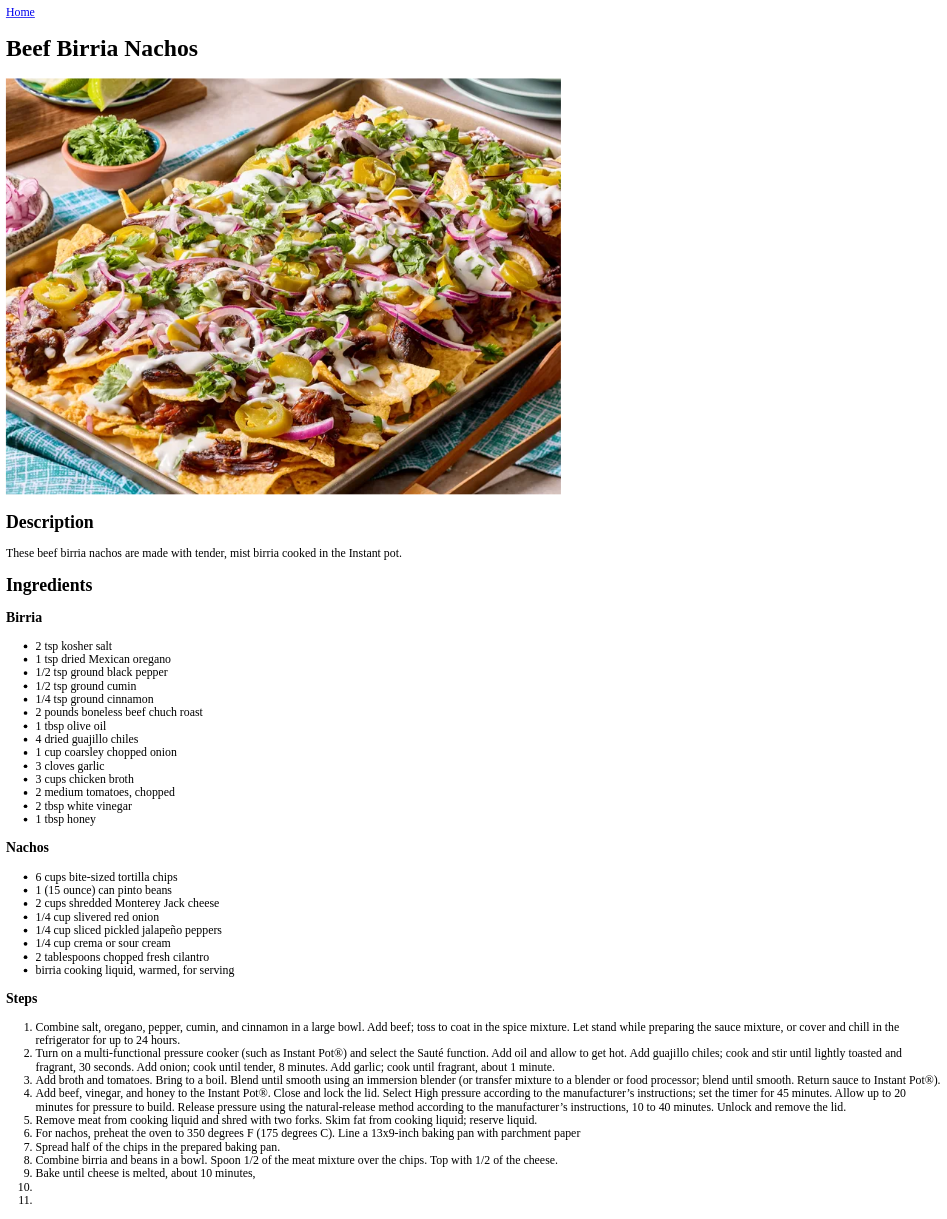
Repository: itsDevAK/odin-recipes
Page: recipes/nachos.html
An editor plug-in stored every save of this project. The page is shown before and after the next save, followed by the edit.
The browser window is 1280 px wide. The pictures show the whole page, at 74% of full size.

Above is the page before, as saved 2026-09-17 12:47:19.

### recipes/nachos.html
<!DOCTYPE html>
<html lang="en">
<head>
    <meta charset="UTF-8">
    <meta name="viewport" content="width=device-width, initial-scale=1.0">
    <title>Beef Birria Nachos</title>
</head>
<body>
    <a href="../index.html">Home</a>
    <h1>Beef Birria Nachos</h1>
    <img src="../images/nachos.webp" alt="">
    <h2>Description</h2>
    <p>These beef birria nachos are made with tender, mist birria cooked in the Instant pot.</p>
    <h2>Ingredients</h2>
    <h3>Birria</h3>
    <ul>
        <li>2 tsp kosher salt</li>
        <li>1 tsp dried Mexican oregano</li>
        <li>1/2 tsp ground black pepper</li>
        <li>1/2 tsp ground cumin</li>
        <li>1/4 tsp ground cinnamon</li>
        <li>2 pounds boneless beef chuch roast</li>
        <li>1 tbsp olive oil</li>
        <li>4 dried guajillo chiles</li>
        <li>1 cup coarsley chopped onion</li>
        <li>3 cloves garlic</li>
        <li>3 cups chicken broth</li>
        <li>2 medium tomatoes, chopped</li>
        <li>2 tbsp white vinegar</li>
        <li>1 tbsp honey</li>
    </ul>
    <h3>Nachos</h3>
    <ul>
        <li>6 cups bite-sized tortilla chips</li>
        <li>1 (15 ounce) can pinto beans</li>
        <li>2 cups shredded Monterey Jack cheese</li>
        <li>1/4 cup slivered red onion</li>
        <li>1/4 cup sliced pickled jalapeño peppers</li>
        <li>1/4 cup crema or sour cream</li>
        <li>2 tablespoons chopped fresh cilantro</li>
        <li>birria cooking liquid, warmed, for serving</li>
    </ul>
    <h3>Steps</h3>
    <ol>
        <li>Combine salt, oregano, pepper, cumin, and cinnamon in a large bowl. Add beef; toss to coat in the spice mixture. Let stand while preparing the sauce mixture, or cover and chill in the refrigerator for up to 24 hours.</li>
        <li>Turn on a multi-functional pressure cooker (such as Instant Pot®) and select the Sauté function. Add oil and allow to get hot. Add guajillo chiles; cook and stir until lightly toasted and fragrant, 30 seconds. Add onion; cook until tender, 8 minutes. Add garlic; cook until fragrant, about 1 minute.</li>
        <li>Add broth and tomatoes. Bring to a boil. Blend until smooth using an immersion blender (or transfer mixture to a blender or food processor; blend until smooth. Return sauce to Instant Pot®). </li>
        <li>Add beef, vinegar, and honey to the Instant Pot®. Close and lock the lid. Select High pressure according to the manufacturer’s instructions; set the timer for 45 minutes. Allow up to 20 minutes for pressure to build. Release pressure using the natural-release method according to the manufacturer’s instructions, 10 to 40 minutes. Unlock and remove the lid.</li>
        <li>Remove meat from cooking liquid and shred with two forks. Skim fat from cooking liquid; reserve liquid.</li>
        <li>For nachos, preheat the oven to 350 degrees F (175 degrees C). Line a 13x9-inch baking pan with parchment paper</li>
        <li>Spread half of the chips in the prepared baking pan.</li>
        <li>Combine birria and beans in a bowl. Spoon 1/2 of the meat mixture over the chips. Top with 1/2 of the cheese. </li>
        <li>Bake until cheese is melted, about 10 minutes,</li>
        <li></li>
        <li></li>
    </ol>
</body>
</html>

After the next save:
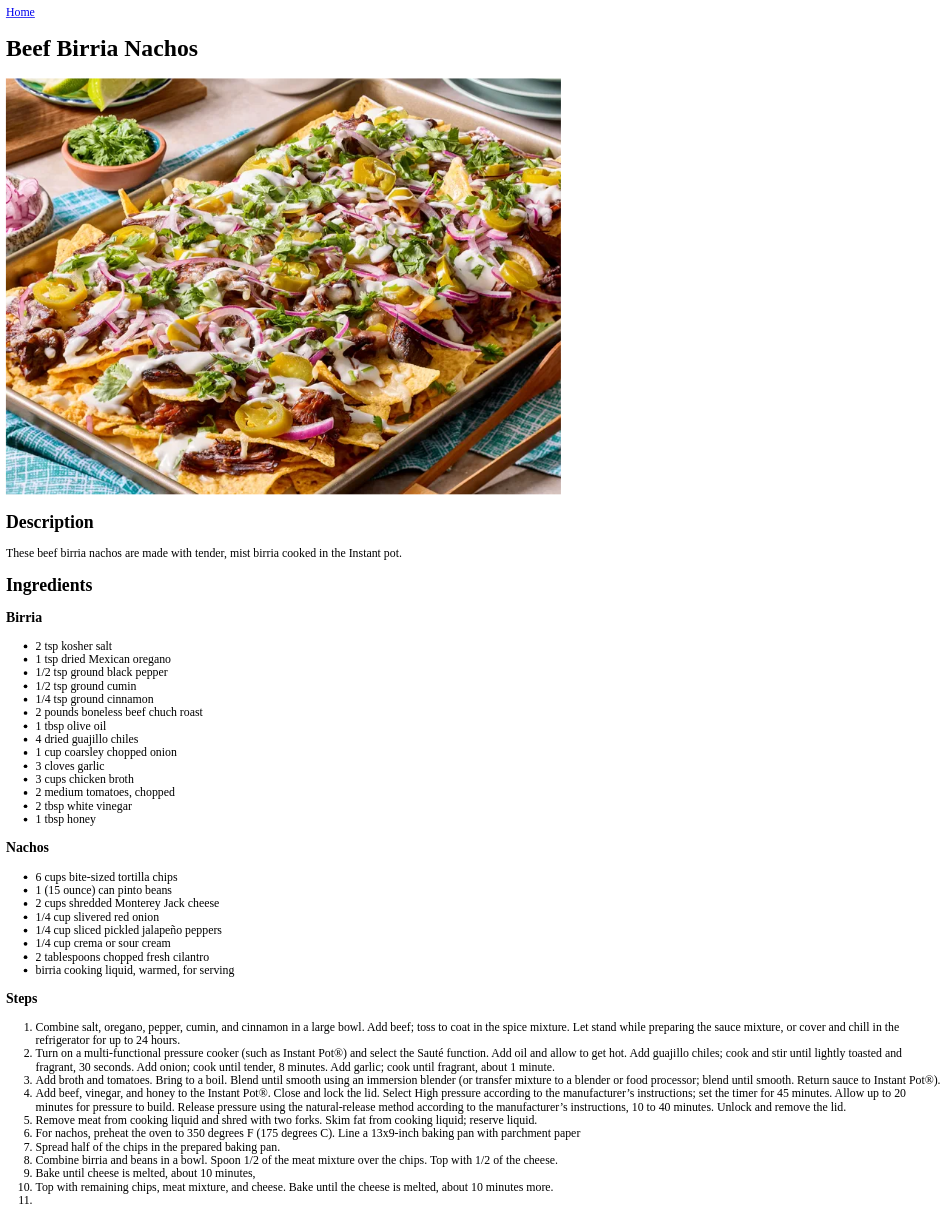
Saved 7 s later.
--- a/recipes/nachos.html
+++ b/recipes/nachos.html
@@ -51,7 +51,7 @@
         <li>Spread half of the chips in the prepared baking pan.</li>
         <li>Combine birria and beans in a bowl. Spoon 1/2 of the meat mixture over the chips. Top with 1/2 of the cheese. </li>
         <li>Bake until cheese is melted, about 10 minutes,</li>
-        <li></li>
+        <li>Top with remaining chips, meat mixture, and cheese. Bake until the cheese is melted, about 10 minutes more.</li>
         <li></li>
     </ol>
 </body>
